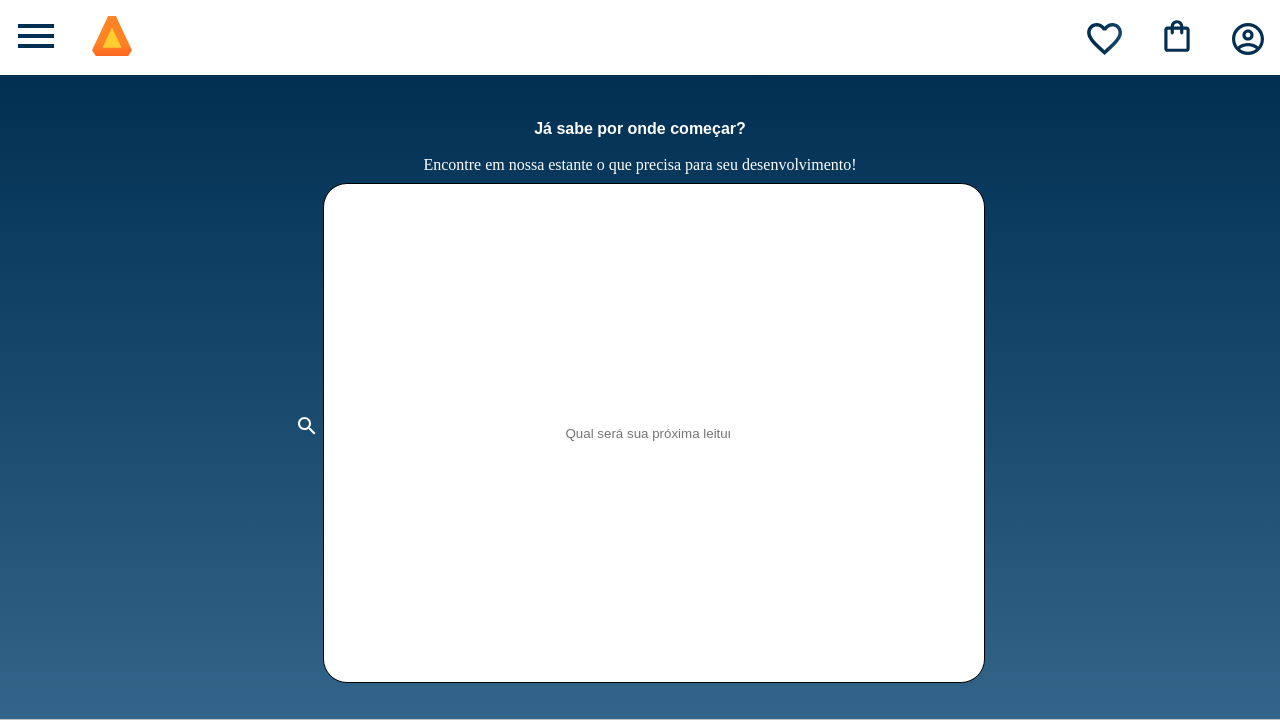
Repository: DamnDTX/projeto-mobile
Page: index.html
These files come from the project's save history. The page is drawn as it stood at one moment and after the next save; the edit follows.
The browser window is 1280 px wide. The pictures show the whole page.

Above is the page before, as saved 2023-07-28 09:42:34.

### index.html
<!DOCTYPE html>
<html lang="pt-br">
<head>
    <meta charset="UTF-8">
    <meta name="viewport" content="width=device-width, initial-scale=1.0">
    <title>Mobile project</title>
    <link href="./styles/reset.css" rel="stylesheet">
    <link href="./styles/styles.css" rel="stylesheet">


</head>
<body>
    <header class="cabecalho">
       <!--ELEMENTOS Á ESQUERDA-->

        <div class="container">
            <input type="checkbox" id="menu" class="container__botao">
            <label for="menu">
            <span class="cabecalho__menu-hamburguer container__imagem"></span>
            </label>
            <ul class="lista-menu">
                <li class="lista-menu__titulo">
                   Categorias
                </li>

                <li class="lista-menu__item">
                    <a href="#" class="lista-menu__link"> Programação</a>
                </li>

                <li class="lista-menu__item">
                    <a href="#" class="lista-menu__link">Front-End</a>
                </li>

                <li class="lista-menu__item">
                    <a href="#" class="lista-menu__link">Infraestrutura</a>
                </li>

                <li class="lista-menu__item">
                    <a href="#" class="lista-menu__link">Business</a>
                </li>

                <li class="lista-menu__item">
                    <a href="#" class="lista-menu__link">Design-UX</a>
                </li>
            </ul>
             <img src="./img/Logo.svg" class="container__imagem" alt="logo-AluraBooks">
    </div>

        <!--ELEMENTOS Á DIREITA-->

    <div class="container">
        <a href="#"><img src="./img/Favoritos.svg " class="container__imagem" alt="Favoritos"></a>

        <a href="#"><img src="./img/Sacola.svg" class="container__imagem"   alt="Sacola"></a>

        <a href="#"><img src="./img/Usuario.svg"  class="container__imagem" alt="Usuario"></a>
    </div>

</header>
   <section class="banner">
    <h2 class="banner__titulo">
        Já sabe por onde começar?
    </h2>
    <p class="banner__texto">
        Encontre em nossa estante o que precisa para seu desenvolvimento!
    </p>

    <img  src="./img/Pesquisa.svg" alt="lupa" class="banner__pesquisa__icone pesquisa">

    <input type="search" class="banner__pesquisa pesquisa" placeholder="Qual será sua próxima leitura?">

   </section>
</body>
</html>

### styles/styles.css
@import url(../styles/header.css);
/* Usamos o '@import" aqui pelo motivo de ser mais rádio o carregamento do arquivo, além de deixar o index.html com menos códigos*/
@import url(./banner.css);

:root{
    --cor-de-fundo-branco:#FFFFFF;
    --cor-de-fundo: #C4C4C4;
    --cor-titulos:#002F52;
    --cor--botoes:#EB9B00;
    --fonte-geral: 'Poppins', sans-serif;
    --tamanho-fonte-titulo:2rem;
}

@import url('https://fonts.googleapis.com/css2?family=Poppins&display=swap');

body{
    background-color: var(--cor-de-fundo);
}

.cabecalho{
    background-color: white;
    display: flex;
    justify-content: space-between;
    align-items: center;
}

.container__botao{
    display: none;
}

### styles/header.css
:root{
    --cor-de-fundo-branco:#FFFFFF;
    --cor-de-fundo: #C4C4C4;
    --cor-titulos:#3c464e;
    --cor-botoes:#EB9B00;
    --fonte-geral: 'Poppins', sans-serif;
    --tamanho-fonte-titulo:2rem;
    --tamanho-fonte-subtitulo:1.3rem;
    --tamanho-fonte-geral:1rem;
    --peso-fonte-geral:400;
    --peso-fonte-titulo:700;
    --peso-fonte-sublinhado:200;
}


.cabecalho__menu-hamburguer {
    width:40px;
    height:40px;
    background-image: url(../img/Menu.svg);
    display: inline-block;
}

/* inline-block pois assim permite ajustes de altura e largura, lembrando que com o display=block não conseguimos fazer tais ajustes */

.cabecalho{
    background-color: var(--cor-de-fundo-branco);
    display: flex;
    justify-content: space-between;
    align-items: center;
    position: relative;
}

/*APÓS ESTA LINHA ACIMA OS ELEMENTOS FICARAM Á ESQUERDA, MAS ISTO ACONTECEU POIS COLOCAMOS-O EM OUTRO ARQUIVO CSS, ESTE ESQUEMA É MUITO BOM QUANDO PRECISAMOS FAZER UM MENU DESSE JEITO SEM USAR JAVASCRIPT, CLARO, O GRANDE SEGREDO FOI O 'justify-content'*/

.container__imagem{
    padding: 1rem;
    background-position: center;
    background-repeat: no-repeat;
    top: 100%;
}

.lista-menu{
    display: none;
    position: absolute;
    width: 55vw;

}

.container__botao:checked~.lista-menu {
    display: block;
}

.lista-menu__titulo{
    color: var(--cor-titulos);
    font-size: var(--tamanho-fonte-geral);
    font-family: var(--fonte-geral);
    font-weight: var(--peso-fonte-titulo);
}

.lista-menu__link{
    color: var(--cor-botoes);
    font-size: var(--tamanho-fonte-geral);
    font-family: var(--fonte-geral);
    text-decoration: none;
    text-transform: uppercase;
    font-weight: var(--peso-fonte-geral);
}

.lista-menu__titulo,
.lista-menu__item{
    background-color: var(--cor-de-fundo-branco);
    padding: 1rem;
}

### styles/banner.css
:root{
    --cor-de-fundo-branco:#FFFFFF;
    --cor-de-fundo: #C4C4C4;
    --cor-titulos:#002F52;
    --cor--botoes:#EB9B00;
    --fonte-geral: 'Poppins', sans-serif;
    --tamanho-fonte-titulo:2rem;
    --cor-fonte-banner: #FFFFFF;
}

.banner{
    background:linear-gradient(#002F52, #326589) ;
    color: var(--cor-fonte-banner);
    text-align: center;
    padding: 5vh;
}

.banner__titulo{
    font-family: var(--fonte-geral);
    font-weight:700;
    padding: 10px;
}

.banner__texto{
    font-size: 1rem;
    font-weight: 500;
    padding: 10px;
}

.pesquisa{
    display:inline-block;
    justify-content:center ;
    align-items: center;
}

.banner__pesquisa{
    border: 1px solid;
    border-radius: 24px;
    padding: 20%;
}

Loaded but not shown: styles/reset.css (common file)

After the next save:
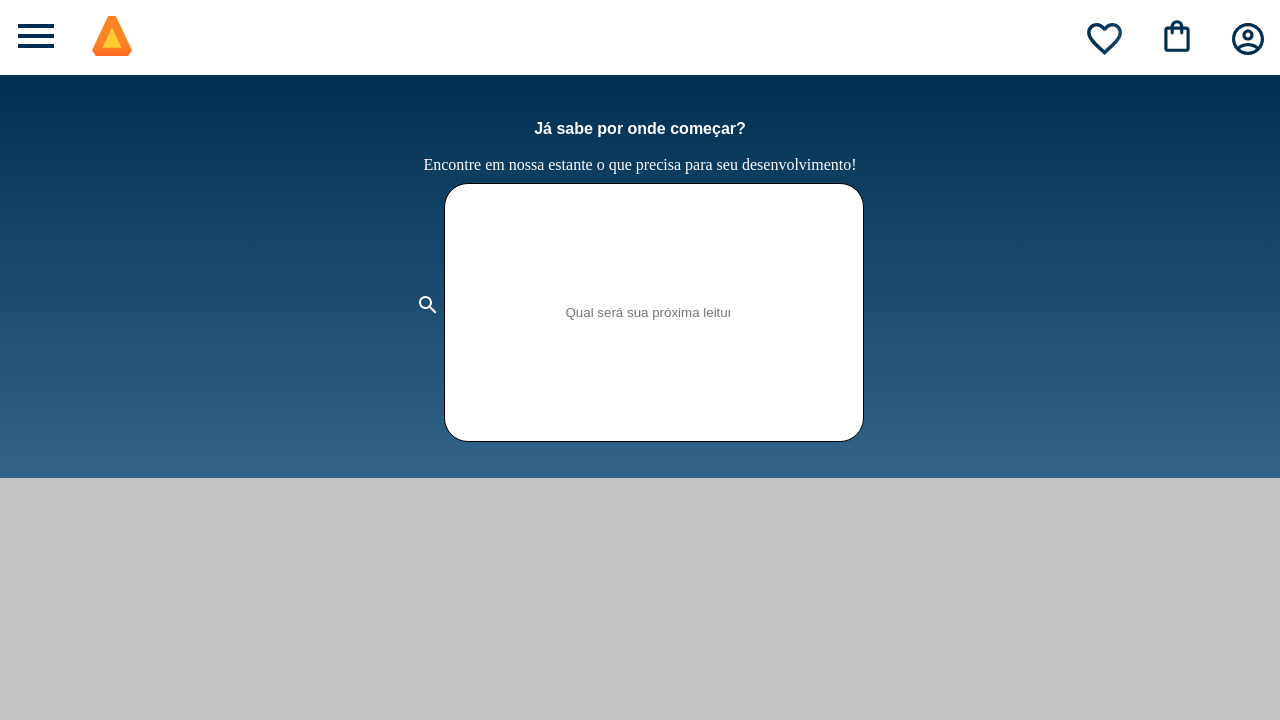
Saved 4 s later.
--- a/styles/banner.css
+++ b/styles/banner.css
@@ -36,5 +36,5 @@
 .banner__pesquisa{
     border: 1px solid;
     border-radius: 24px;
-    padding: 20%;
+    padding: 10%;
 }
